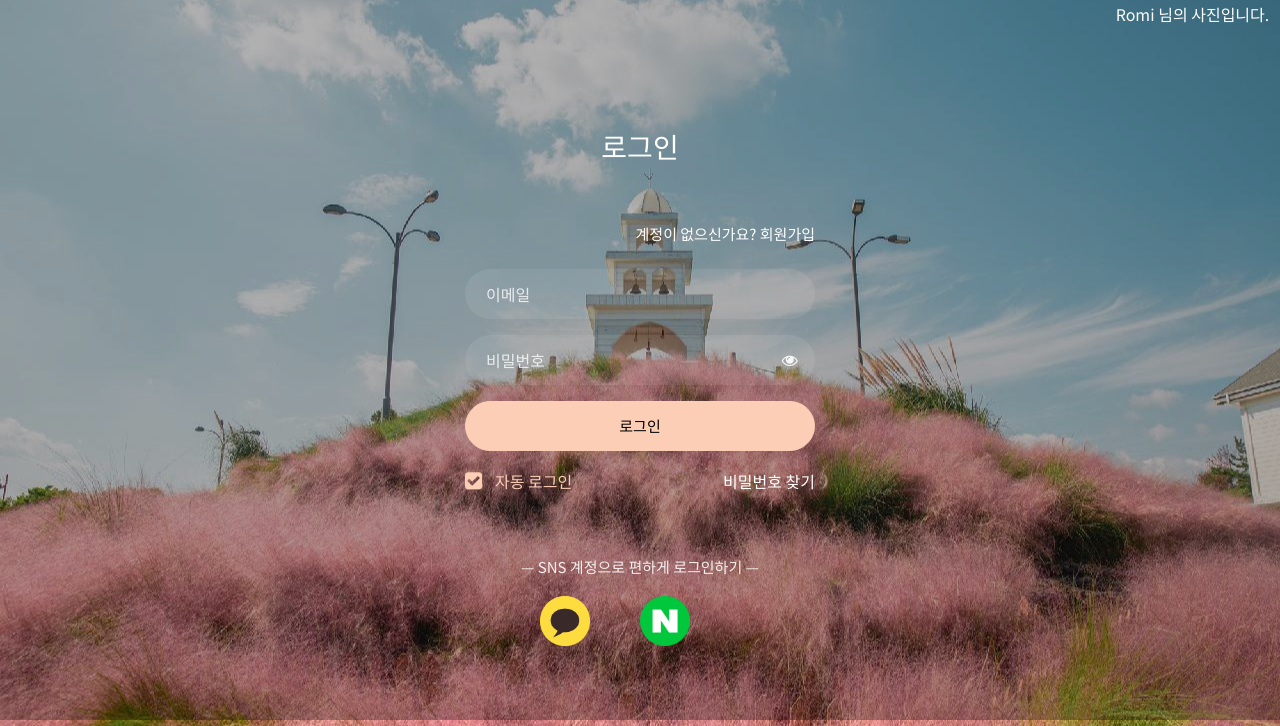
Repository: jangseohyun/LEGGO_2021
Page: http://localhost/PrjApp/Login.jsp
These files come from the project's save history. The page is drawn as it stood at one moment and after a run of saves; the edit follows.
The browser window is 1280 px wide. The pictures show the whole page.
The page is served by Tomcat 9.

Above is the page before, as saved 2021-06-28 12:22:49.

After the next 2 saves:
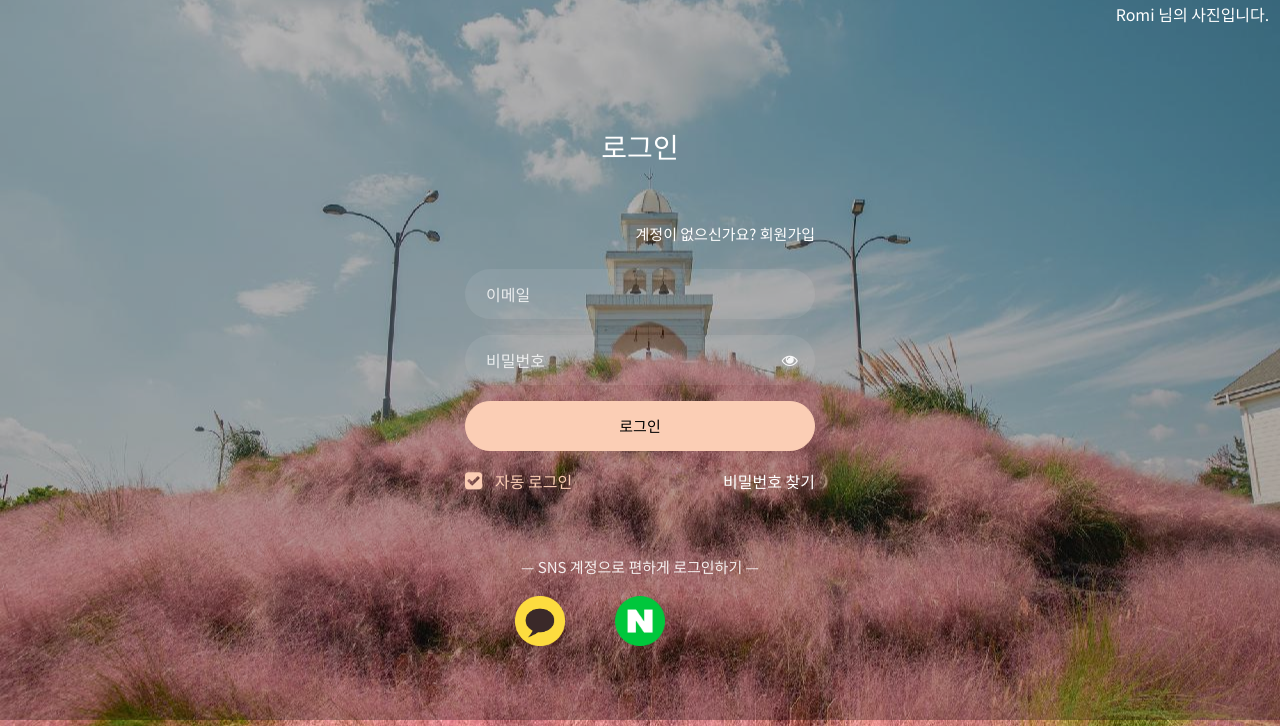
The 2 saves are shown as one change because they came seconds apart.
The last was saved 3 min 1 s later.
--- a/PrjApp/WebContent/Login.jsp
+++ b/PrjApp/WebContent/Login.jsp
@@ -88,8 +88,7 @@
 						<div class="social d-flex">
 							<div style="width: 100px;"><img src="images/kakao_login.png" width="50px"></div>
 							<div style="width: 100px;"><img src="images/naver_login.png" width="50px" style="border-radius: 5px;"></div>
-							<div class="googlelogin g-signin2" data-width="50" data-height="50" data-longtitle="true" data-onsuccess="onSignIn">
-							<div class="gSignInWrapper" style="border-radius: 10px;"><div id="customBtn" class="CustromGPlusSignIn"></div><span class="icon"></span></div></div>
+							<div class="googlelogin g-signin2" style="width: 50px;" data-height="50" data-longtitle="true" data-onsuccess="onSignIn">
 						</div>
 					</div>
 				</div>

After the 3 saves that followed:
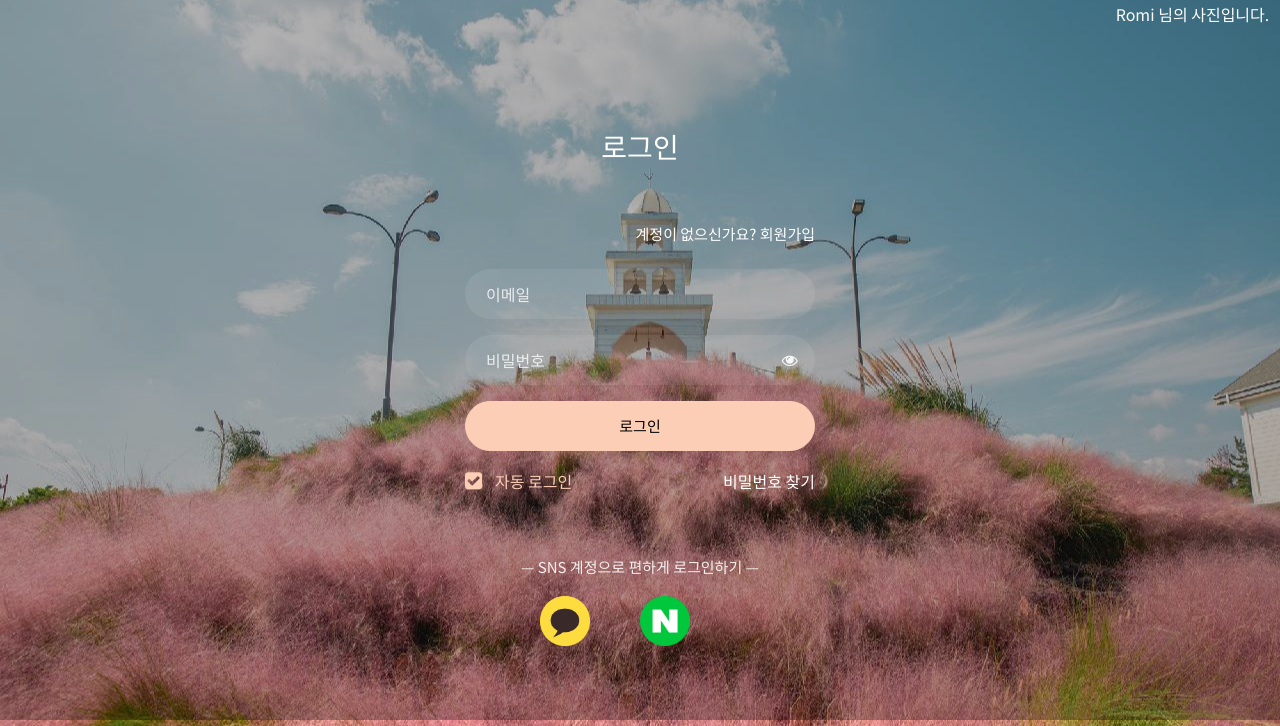
The 3 saves are shown as one change because 2 left the picture as it was.
The last was saved 79 s later.
--- a/PrjApp/WebContent/Login.jsp
+++ b/PrjApp/WebContent/Login.jsp
@@ -88,7 +88,7 @@
 						<div class="social d-flex">
 							<div style="width: 100px;"><img src="images/kakao_login.png" width="50px"></div>
 							<div style="width: 100px;"><img src="images/naver_login.png" width="50px" style="border-radius: 5px;"></div>
-							<div class="googlelogin g-signin2" style="width: 50px;" data-height="50" data-longtitle="true" data-onsuccess="onSignIn">
+							<div class="googlelogin g-signin2" data-width="50" data-height="50" data-longtitle="true" data-onsuccess="onSignIn">
 						</div>
 					</div>
 				</div>
